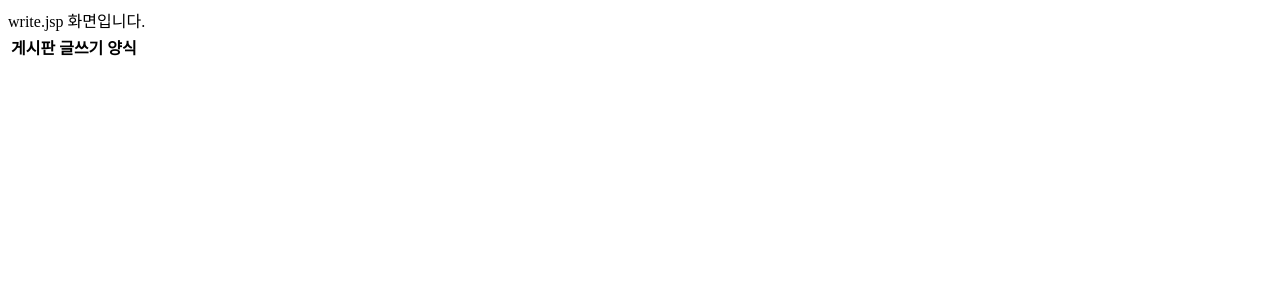
Repository: minjikimkim2222/BBS
Page: http://localhost/BBS/write.jsp
These files come from the project's save history. The page is drawn as it stood at one moment and after the next save; the edit follows.
The browser window is 1280 px wide. The pictures show the whole page.
The page is served by Tomcat 9.

Above is the page before, as saved 2024-01-02 11:39:30.

After the next save:
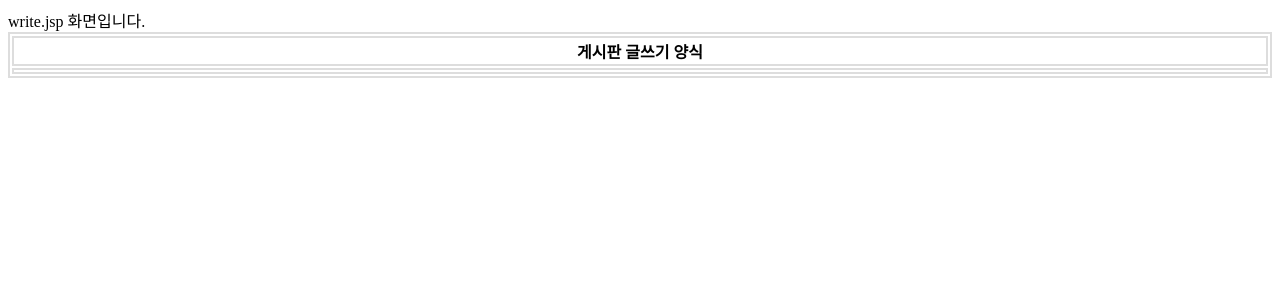
Saved 116 s later.
--- a/BBS/src/main/webapp/write.jsp
+++ b/BBS/src/main/webapp/write.jsp
@@ -4,6 +4,18 @@
 <html>
 <head>
 <meta charset="UTF-8">
+
+<style>
+
+		table, th, td {
+			border : 2px solid #dddddd;
+		}
+
+		table {
+		 	width : 100%;
+
+		}
+</style>
 <title>write 화면</title>
 </head>
 <body>
